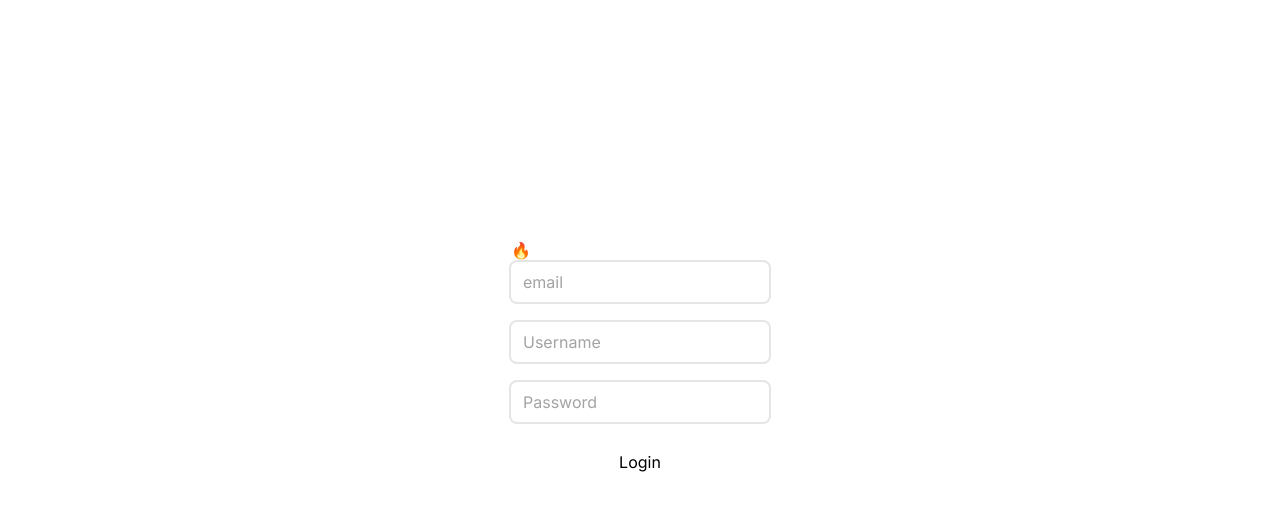
Repository: ParkSeokgyu/tweets
Page: /login
These files come from the project's save history. The page is drawn as it stood at one moment and after the next save; the edit follows.
The browser window is 1280 px wide. The pictures show the whole page.
The project was rebuilt for these pictures with package versions that can differ from the ones it lists, and the page was loaded fresh each time. The framework's server and built-in components were replaced by stand-ins that run in the browser. Also part of the build but not shown: next.config.mjs.

Above is the page before, as saved 2024-08-14 11:06:32.

After the next save:
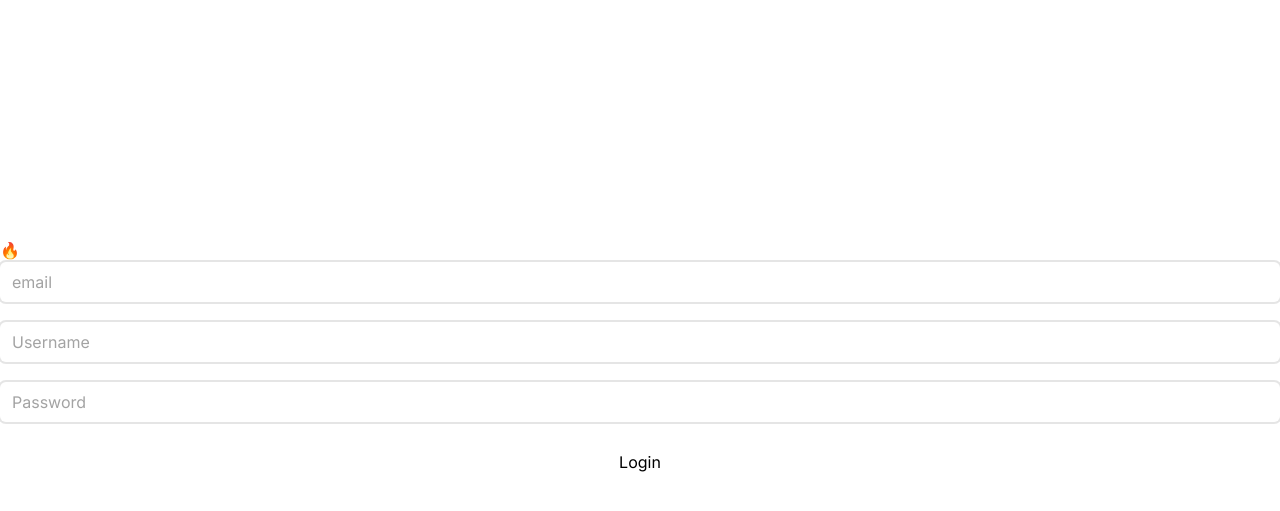
Saved 28 s later.
--- a/app/login/page.tsx
+++ b/app/login/page.tsx
@@ -6,7 +6,7 @@ import Input from "@/components/input"
 export default function Login() {
   return (
     <div className="min-h-screen flex items-center justify-center flex-col gap-5">
-      <div>
+      <div className="w-full">
         <div>
           <h1>🔥</h1>
         </div>
